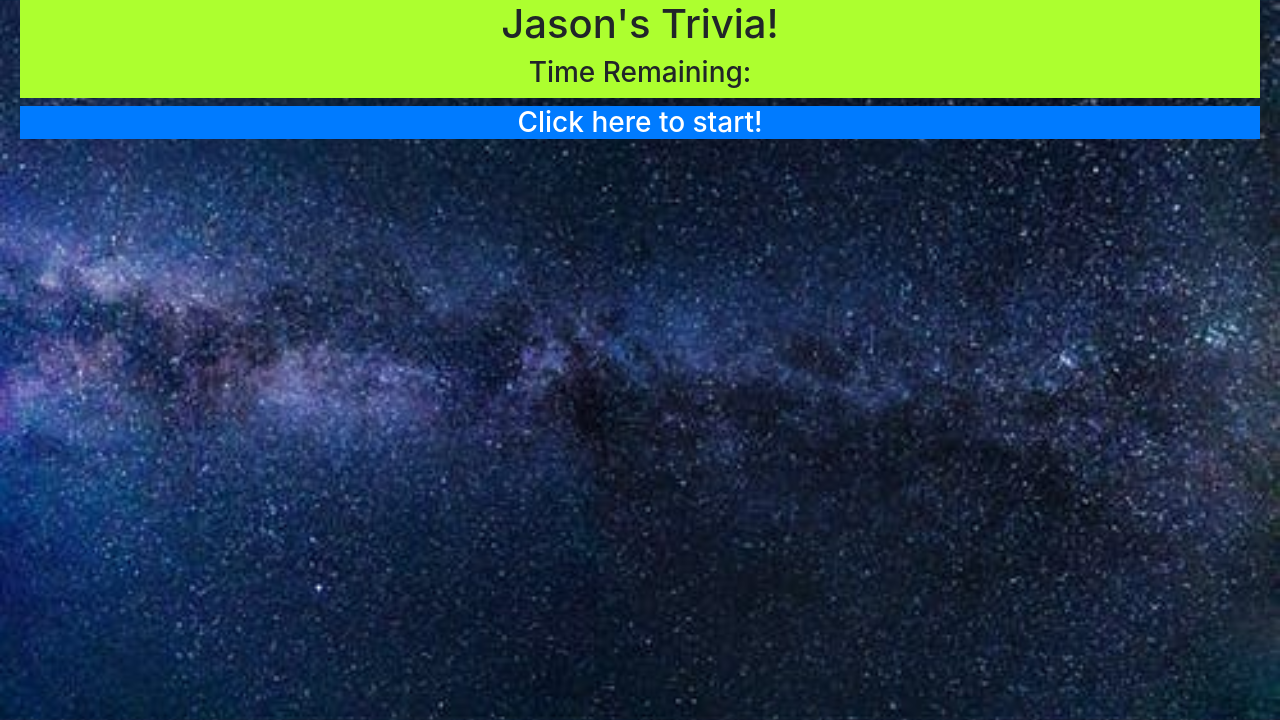
Repository: jaswhitehead/Trivia-Game
Page: index.html
The author's editor kept a copy of each file at every save. The page is drawn from the files as they stood at one save, then again after the next save.
The browser window is 1280 px wide. The pictures show the whole page.
Some web libraries are served in a nearby version.

Above is the page before, as saved 2020-05-09 16:39:09.

### index.html
<!DOCTYPE html>
<html lang="en-us">
<title>Jason's Trivia Game!</title>

<head>
    <meta charset="UTF-8" />
    <meta keyword="Jason's Trivia Game">
    <meta name="viewport" content="width=device-width, initial-scale=1, shrink-to-fit=no">

    <!-- Bootstrap CSS -->
    <link rel="stylesheet" href="https://stackpath.bootstrapcdn.com/bootstrap/4.3.1/css/bootstrap.min.css"
        integrity="sha384-ggOyR0iXCbMQv3Xipma34MD+dH/1fQ784/j6cY/iJTQUOhcWr7x9JvoRxT2MZw1T" crossorigin="anonymous">

    <!-- JQuery Javascript -->
    <script src="https://cdnjs.cloudflare.com/ajax/libs/jquery/3.2.1/jquery.min.js"></script>

    <!-- Personal CSS -->
    <link rel="stylesheet" href="assets/css/style.css">

    <!-- Personal Javascript -->
    <script src="assets/javascript/app.js" type="text/javascript"></script>
</head>

<body>

    <div id="header">
        <div class="row title">
            <div class="col-md-12">
                <h1>Jason's Trivia!</h1>
            </div>
        </div>

        <div class="row">
            <div class="col-md-12">
                <h3>Time Remaining: <span id="time-remaining"></span></h3>
            </div>
        </div>
    </div>


    <div class="row">
        <div class="col-md-12">
            <h2 id="question"></h2>
        </div>
    </div>

    <div class="btn-primary" id="start">
        <h3>Click here to start!</h3>
    </div>

    <div class="container" id="game-board">

    </div>

    <div class="container" id="results">

    </div>

    <div class="btn-primary" style="display: none" id="finish">
        <h3>Click here when finished</h3>
    </div>

    <!-- Optional JavaScript -->
    <!-- jQuery first, then Popper.js, then Bootstrap JS -->
    <script src="https://code.jquery.com/jquery-3.3.1.slim.min.js"
        integrity="sha384-q8i/X+965DzO0rT7abK41JStQIAqVgRVzpbzo5smXKp4YfRvH+8abtTE1Pi6jizo"
        crossorigin="anonymous"></script>
    <script src="https://stackpath.bootstrapcdn.com/bootstrap/4.3.1/js/bootstrap.min.js"
        integrity="sha384-JjSmVgyd0p3pXB1rRibZUAYoIIy6OrQ6VrjIEaFf/nJGzIxFDsf4x0xIM+B07jRM"
        crossorigin="anonymous"></script>

</body>
</html>

### assets/CSS/style.css
h1,h2,h3 {
    text-align: center;
}

body {
    background-image: url("../images/milky-way-starry-sky.jpeg");
    background-repeat: repeat-y;
    background-size: cover;
    margin-left: 20px;
    margin-right: 20px;

}

.option-button {
    border: black solid 2px;
    margin-top: 20px;
    margin-bottom: 10px;
}

.disabled {
    border: black solid 2px;
    margin-top: 20px;
    margin-bottom: 10px;
}

.question {
    background-color: azure;
}

#header, #results {
    background-color:greenyellow;
}

#game-board {
    margin-bottom: 20px;
}

#game-board {
    background-color: white;
}

### assets/javascript/app.js
var Trivia = {

    // TRIVA VARIABLES
    // Questions as an array
    questions: ["What is the name of the Greek God of Love?",
    "What is the name of Snoopy's arch-nemesis?",
    "What did the Tennessee Titans used to be called and from what city?",
    "Where is the Southern-most point of the United States located?",
    "Who shot Abraham Lincoln in Ford's Theater?",
    "What is another word for talkative?"],

    // Options as an array of arrays.....Hope this makes sense
    options: [["Athena", "Eros", "Cupid", "Aphrodite"],
    ["Skeletor", "Woodstock", "Linus", "Red Baron"],
    ["Baltimore Colts", "Houston Oilers", "Houston Texans", "Tennessee Volunteers"],
    ["Key West, FL", "Chorpus Christi, TX", "San Diego, CA", "South Point, TX"],
    ["Lee Harvey Oswold", "Timothy McVey", "Ted Bundy", "John Wilkes Booth"],
    ["Loud", "Annoying", "Loquacious", "Mousy"]],
    // Answers as an array
    answers: ["Eros", "Red Baron", "Houston Oilers", "Key West, FL", "John Wilkes Booth", "Loquacious"],

    // USER VARIABLES
    userAnswers: [],

    // Updates the display to show the question and options for the current round
    initializeDisplay: function () {
        $("#finish").show();

        for (let i = 0; i < this.questions.length; i++) {

            let div = $("<div>");
            div.addClass("container")

            let question = $("<div>");
            question.addClass("row container-fluid question");
            question.html('<h3>' + this.questions[i] + '</h3>');
            div.append(question);

            let id = ("q" + i);

            let options = $("<div>");
            options.addClass("row", "container");

            for (let j = 0; j < this.options[i].length; j++) {
                let option = $('<div>');
                option.addClass('col-md-3');
                let button = $("<button>").text(this.options[i][j]);
                button.addClass('q' + i);
                button.addClass("btn btn-secondary btn-large btn-block option-button");
                button.attr('id', (id + '-option-' + j));
                option.append(button);
                options.append(option);
            }

            div.append(options);

            $("#game-board").append(div);
        }

    },

    calculateResults: function () {
        let totalQuestions = this.answers.length;
        let correctAnswers = 0;

        for (let i = 0; i < this.userAnswers.length; i++) {
            if (this.answers.includes(this.userAnswers[i])) {
                correctAnswers++;
            }
        }

        let div = $("<div>");
        div.addClass("results");
        div.html("<h2> You guessed " + correctAnswers + " out of " + totalQuestions + " correct! </h2>");

        $("#results").append(div);
    }

}

// ------ Helper Functions ------

function startTimer() {
    clearInterval(timer);
    timer = setInterval(() => {
        guessTime--;

        $("#time-remaining").text(guessTime);

        if (guessTime === 0) {

            stopTimer(timer);
            $(".btn").addClass("disabled");
            $(".btn").attr("aria-disabled", "true");
            $(".btn").prop("disabled", true);
            alert("Time Up!");
        }
    }, 500);
}

function stopTimer(timer) {
    clearInterval(timer);
}

// ------ Game Flow ------
$(document).ready(function () {
    // Triva object
    var trivia = Trivia;

    $("#start").on("click", function () {
        // Set up game screen
        $("#start").hide();
        trivia.initializeDisplay();

        // start timer
        // Timer variables
        timer = 0;
        guessTime = 60;
        startTimer();

        $(".btn-secondary").on("click", function () {
            trivia.userAnswers.push($(this).text());

            let questionString = "." + this.id.slice(0, 2);

            $(questionString).addClass("disabled");
            $(questionString).attr("aria-disabled", "true");
            $(questionString).prop("disabled", true);
            $("#finish").show();

        });

        $("#finish").on("click", function () {
            stopTimer(timer);
            trivia.calculateResults();
            $(".btn").addClass("disabled");
            $(".btn").attr("aria-disabled", "true");
            $(".btn").prop("disabled", true);
            $("#finish").hide();
        })
    })
});

After the next save:
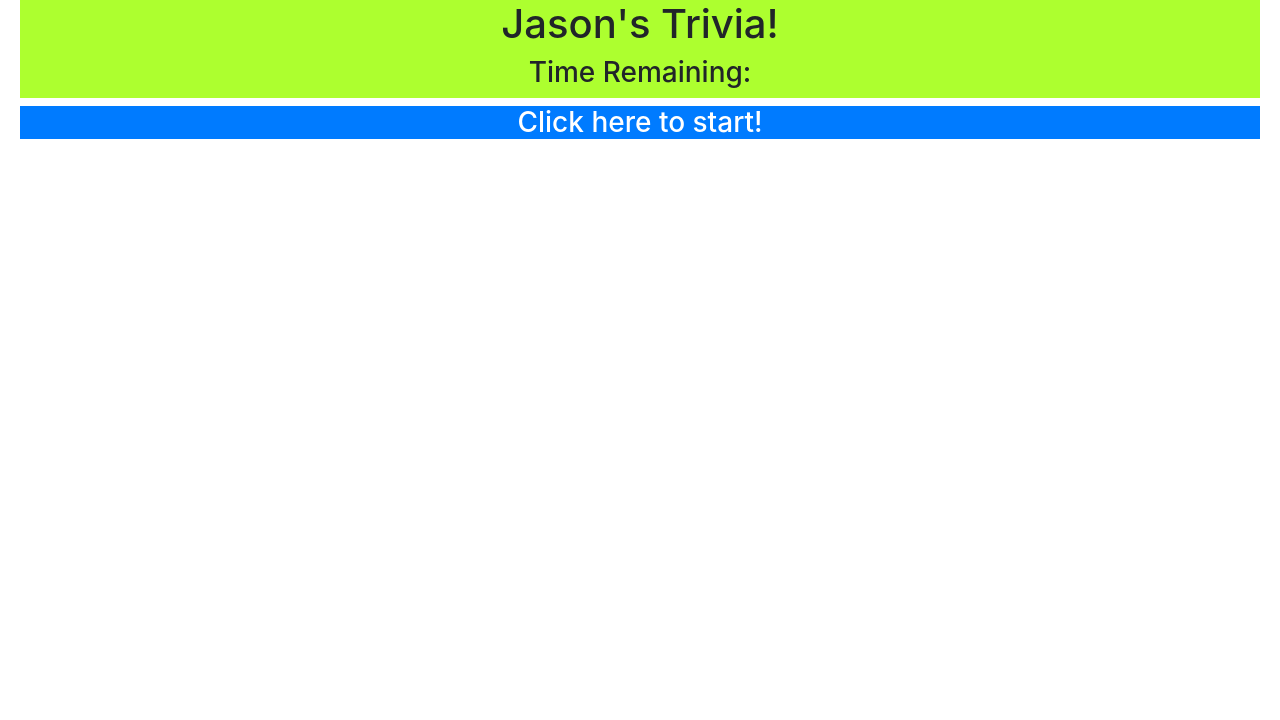
Not found: assets/css/images/milky-way-starry-sky.jpeg
Saved 7 min 44 s later.
--- a/assets/CSS/style.css
+++ b/assets/CSS/style.css
@@ -3,7 +3,7 @@ h1,h2,h3 {
 }
 
 body {
-    background-image: url("../images/milky-way-starry-sky.jpeg");
+    background-image: url("./images/milky-way-starry-sky.jpeg");
     background-repeat: repeat-y;
     background-size: cover;
     margin-left: 20px;
